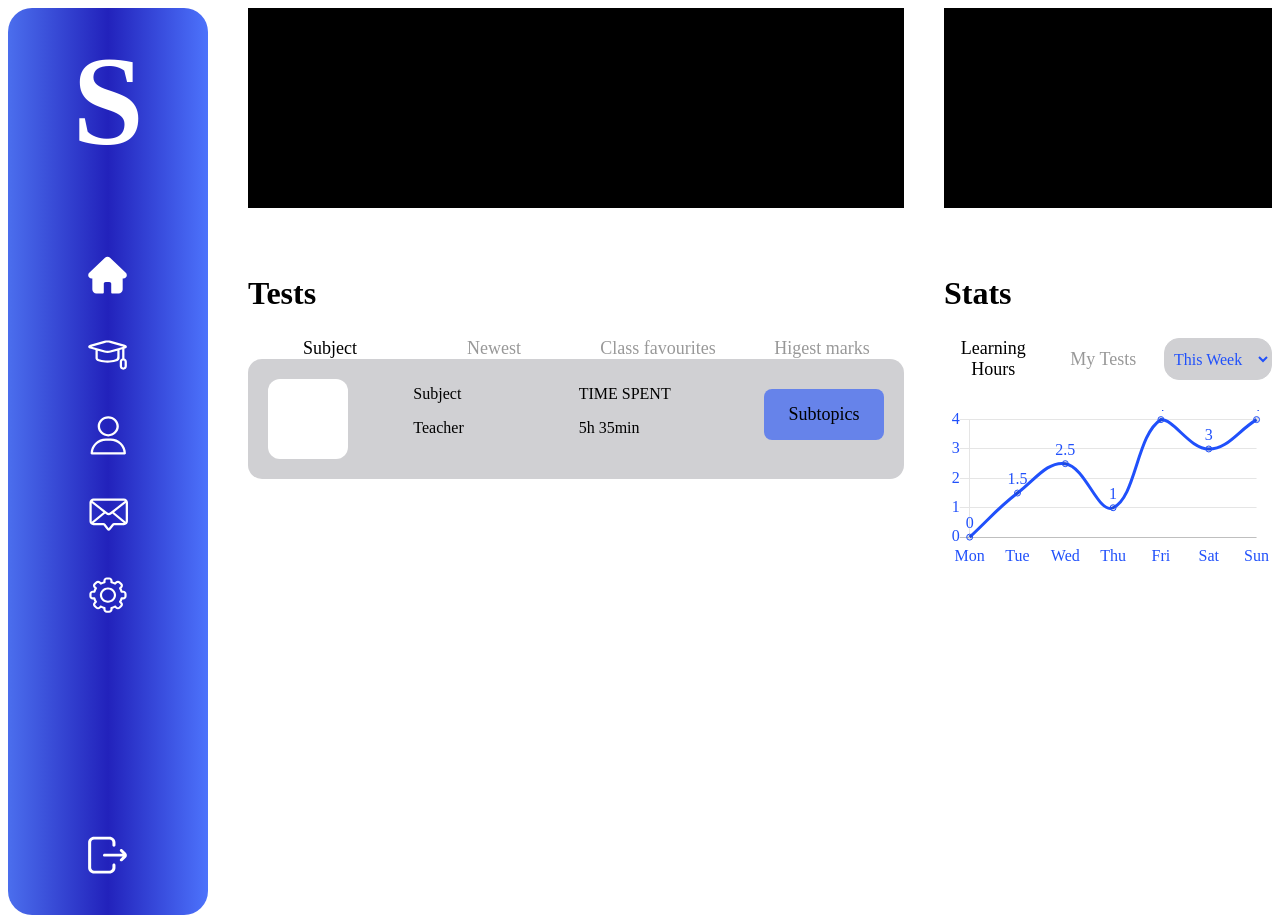
Repository: rafalzacher1/smartify-interface
Page: home.html
An editor plug-in stored every save of this project. The page is shown before and after a run of saves, followed by the edit.
The browser window is 1280 px wide. The pictures show the whole page.
Some web fonts or font styles are not loaded; a fallback is used. Some web libraries are served in a nearby version.

Above is the page before, as saved 2022-06-30 11:38:39.

After the next 3 saves:
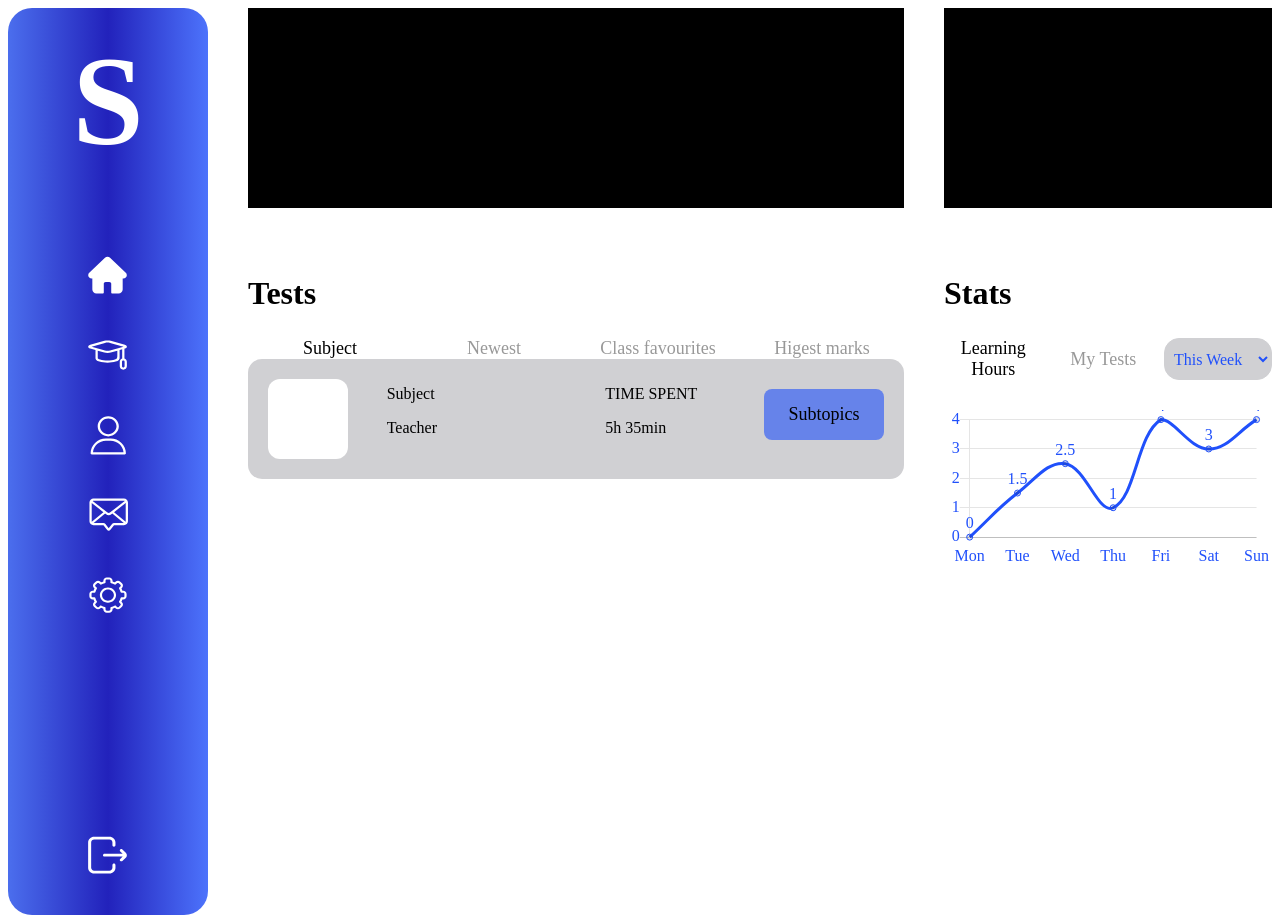
The 3 saves are shown as one change because they came seconds apart.
The last was saved 35 s later.
--- a/styles/tests.css
+++ b/styles/tests.css
@@ -58,11 +58,10 @@ input[type="reset"] {
 }
 
 .class-info {
-  margin-left: auto;
-  order: 0;
+    width: 200px;
+    margin: 10px 0;
 }
 
-.class-info,
 .class-time-spent {
   width: 120px;
   margin: 10px 0;
